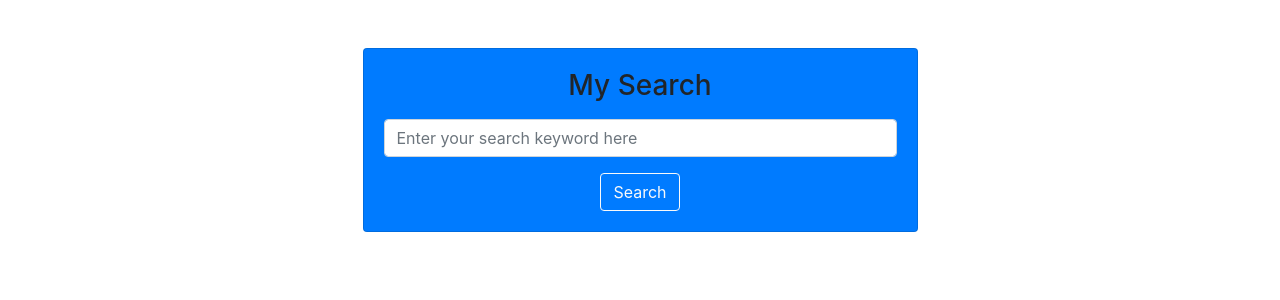
Repository: modinilesh/SpringMVC
Page: http://localhost/springmvcsearch/home
The author's editor kept a copy of each file at every save. The page is drawn from the files as they stood at one save, then again after the next save.
The browser window is 1280 px wide. The pictures show the whole page.
Some web libraries are served in a nearby version. The page is served by Tomcat 9. Other server files are loaded and not shown.

Above is the page before, as saved 2023-10-20 07:27:39.

### springmvcsearch/src/main/webapp/WEB-INF/spring-servlet.xml
<?xml version="1.0" encoding="UTF-8"?>
<beans xmlns="http://www.springframework.org/schema/beans"
	xmlns:xsi="http://www.w3.org/2001/XMLSchema-instance"
	xmlns:context="http://www.springframework.org/schema/context"
	xmlns:p="http://www.springframework.org/schema/p"
	xmlns:tx="http://www.springframework.org/schema/tx"
	xsi:schemaLocation="http://www.springframework.org/schema/beans
		http://www.springframework.org/schema/beans/spring-beans.xsd
		http://www.springframework.org/schema/context
		http://www.springframework.org/schema/context/spring-context.xsd
		http://www.springframework.org/schema/mvc
        http://www.springframework.org/schema/mvc/spring-mvc.xsd
        http://www.springframework.org/schema/tx
        http://www.springframework.org/schema/tx/spring-tx.xsd">


	<context:component-scan base-package="springmvcsearch" /> <!--it will activate all annotations used in each packages starting with
		springmvcsearch name -->

	<!--Step-3 : Configuring view Resolver -->

	<bean
		class="org.springframework.web.servlet.view.InternalResourceViewResolver"
		name="viewResolver">
		<property name="prefix" value="/WEB-INF/views/" />
		<property name="suffix" value=".jsp" />
	</bean>


</beans>

### springmvcsearch/src/main/webapp/WEB-INF/views/home.jsp
<!doctype html>
<html lang="en">
<head>
<!-- Required meta tags -->
<meta charset="utf-8">
<meta name="viewport"
	content="width=device-width, initial-scale=1, shrink-to-fit=no">

<!-- Bootstrap CSS -->
<link rel="stylesheet"
	href="https://cdn.jsdelivr.net/npm/bootstrap@4.0.0/dist/css/bootstrap.min.css"
	integrity="sha384-Gn5384xqQ1aoWXA+058RXPxPg6fy4IWvTNh0E263XmFcJlSAwiGgFAW/dAiS6JXm"
	crossorigin="anonymous">

<title>Home Page</title>
</head>
<body>

	<div class="container">

		<div class="card mx-auto mt-5 bg-primary" style="width: 50%">

			<div class="card-body">

			<h3 class="text-center color-white">My Search</h3>

				<form action="" class="mt-3">

					<div class="form-group">
						<input type="text" name="querybox"
							placeholder="Enter your search keyword here" class="form-control" />
					</div>

					<div class="container text-center">
						<button class="btn btn-outline-light">Search</button>
					</div>

				</form>

			</div>

		</div>

	</div>





	<!-- Optional JavaScript -->
	<!-- jQuery first, then Popper.js, then Bootstrap JS -->
	<script src="https://code.jquery.com/jquery-3.2.1.slim.min.js"
		integrity="sha384-KJ3o2DKtIkvYIK3UENzmM7KCkRr/rE9/Qpg6aAZGJwFDMVNA/GpGFF93hXpG5KkN"
		crossorigin="anonymous"></script>
	<script
		src="https://cdn.jsdelivr.net/npm/popper.js@1.12.9/dist/umd/popper.min.js"
		integrity="sha384-ApNbgh9B+Y1QKtv3Rn7W3mgPxhU9K/ScQsAP7hUibX39j7fakFPskvXusvfa0b4Q"
		crossorigin="anonymous"></script>
	<script
		src="https://cdn.jsdelivr.net/npm/bootstrap@4.0.0/dist/js/bootstrap.min.js"
		integrity="sha384-JZR6Spejh4U02d8jOt6vLEHfe/JQGiRRSQQxSfFWpi1MquVdAyjUar5+76PVCmYl"
		crossorigin="anonymous"></script>
</body>
</html>

### springmvcsearch/src/main/java/springmvcsearch/SearchController.java
package springmvcsearch;

import org.springframework.stereotype.Controller;
import org.springframework.web.bind.annotation.RequestMapping;

@Controller
public class SearchController {

	@RequestMapping("/home")
	public String home() {
		return "home";
	}

}

After the next save:
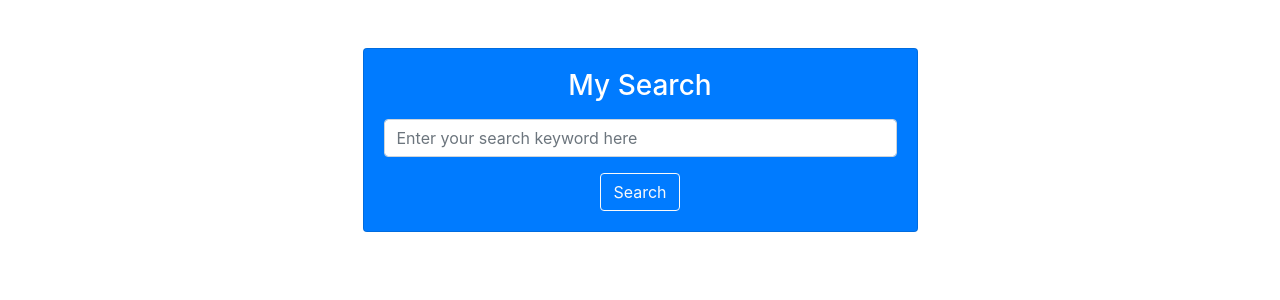
Saved 28 s later.
--- a/springmvcsearch/src/main/webapp/WEB-INF/views/home.jsp
+++ b/springmvcsearch/src/main/webapp/WEB-INF/views/home.jsp
@@ -22,7 +22,7 @@
 
 			<div class="card-body">
 
-			<h3 class="text-center color-white">My Search</h3>
+			<h3 class="text-center text-white">My Search</h3>
 
 				<form action="" class="mt-3">
 
